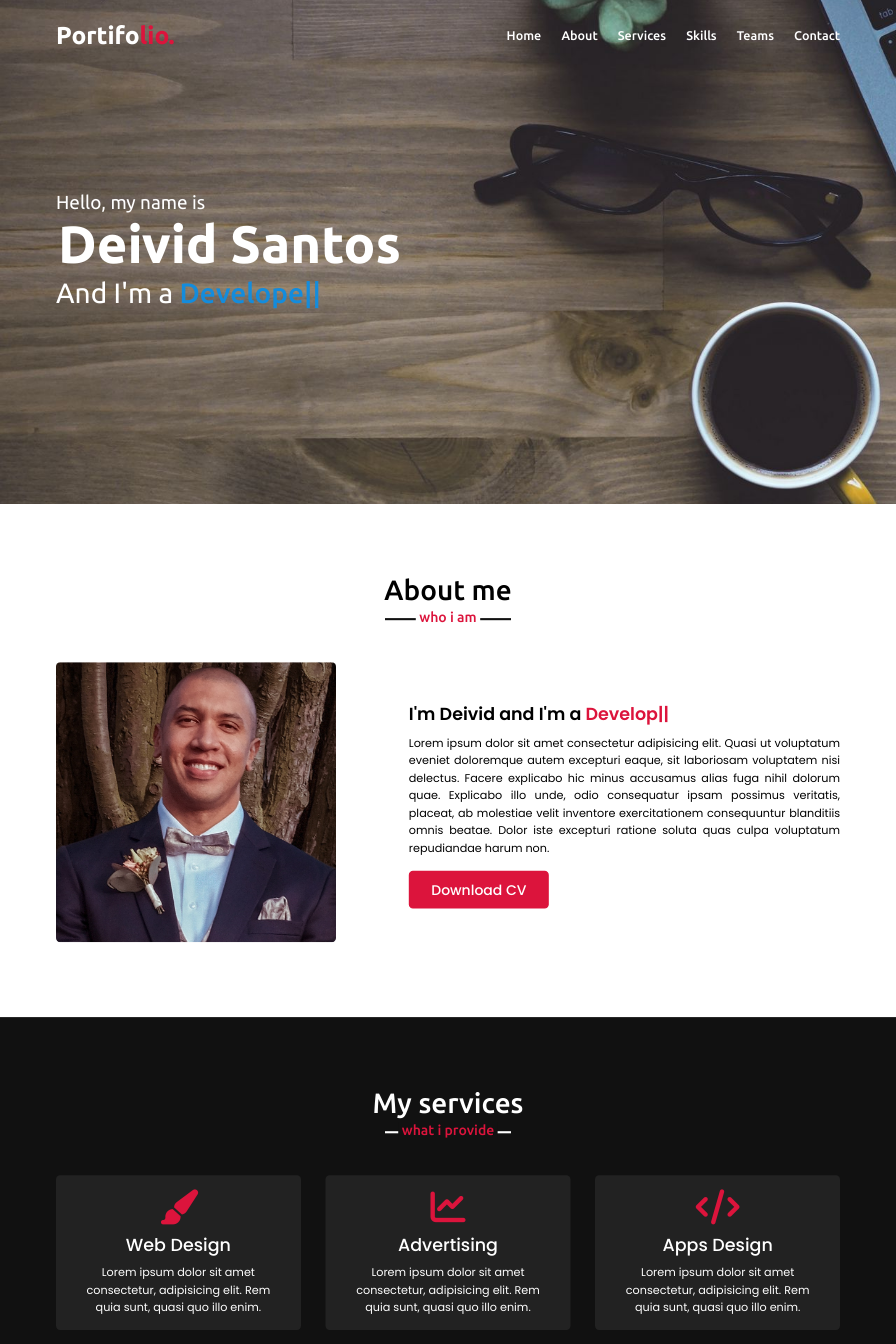
Repository: deividwsantoss/portfolio
Page: index.html
These files come from the project's save history. The page is drawn as it stood at one moment and after the next save; the edit follows.
The browser window is 1280 px wide. The pictures show the part of the page from y = 0 to 1920 px (the page is 3973 px tall), at 70% of full size.
Some web libraries are served in a nearby version.

Above is the page before, as saved 2021-03-02 08:18:01.

After the next save:
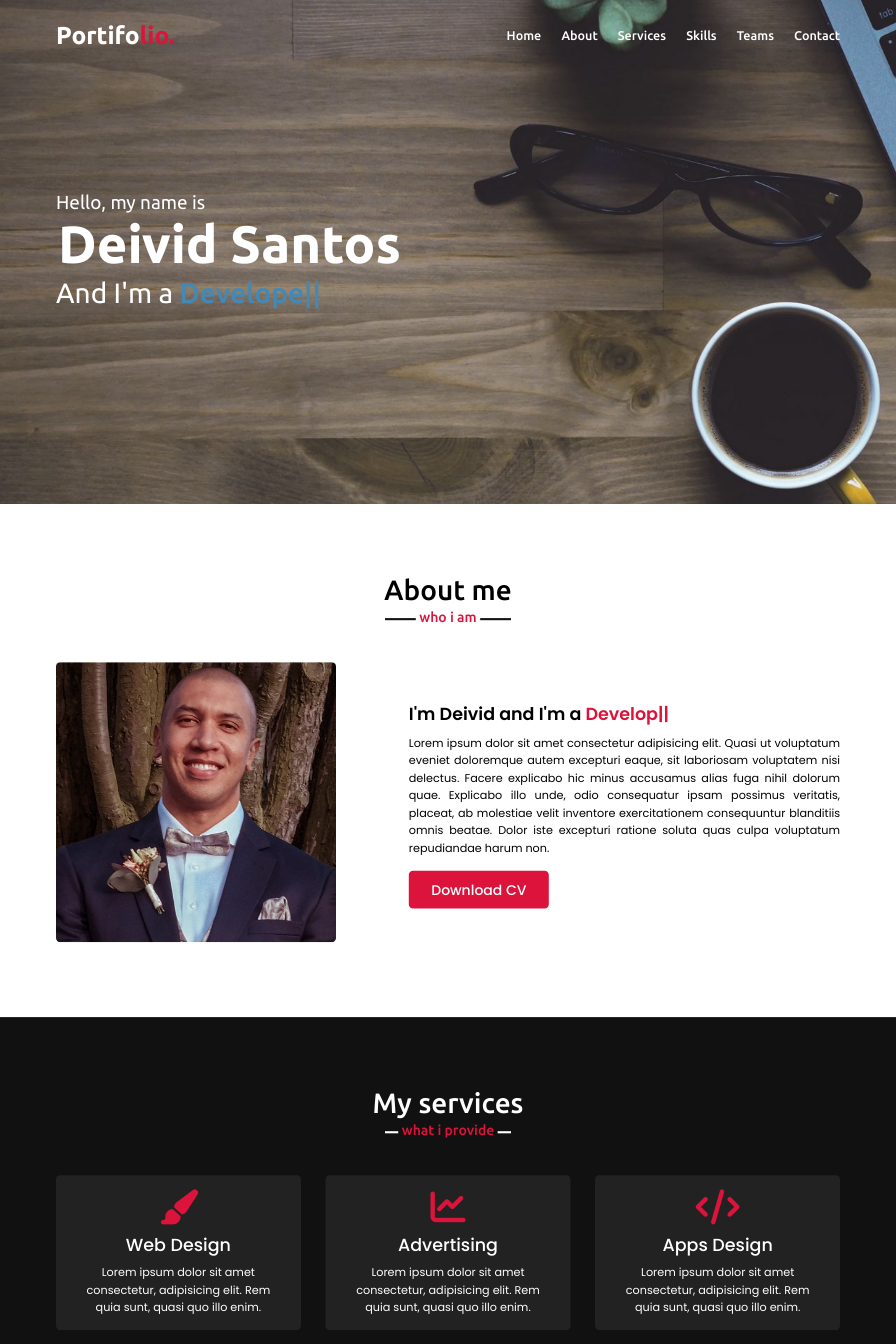
Saved 39 s later.
--- a/Content/style.css
+++ b/Content/style.css
@@ -190,7 +190,7 @@ section .title::after{
 }
 .home .home-content .text-3 span{
 
-   color: rgb(20, 140, 220);
+   color: rgb(66, 137, 184);
    font-weight: 500;
 
 }
